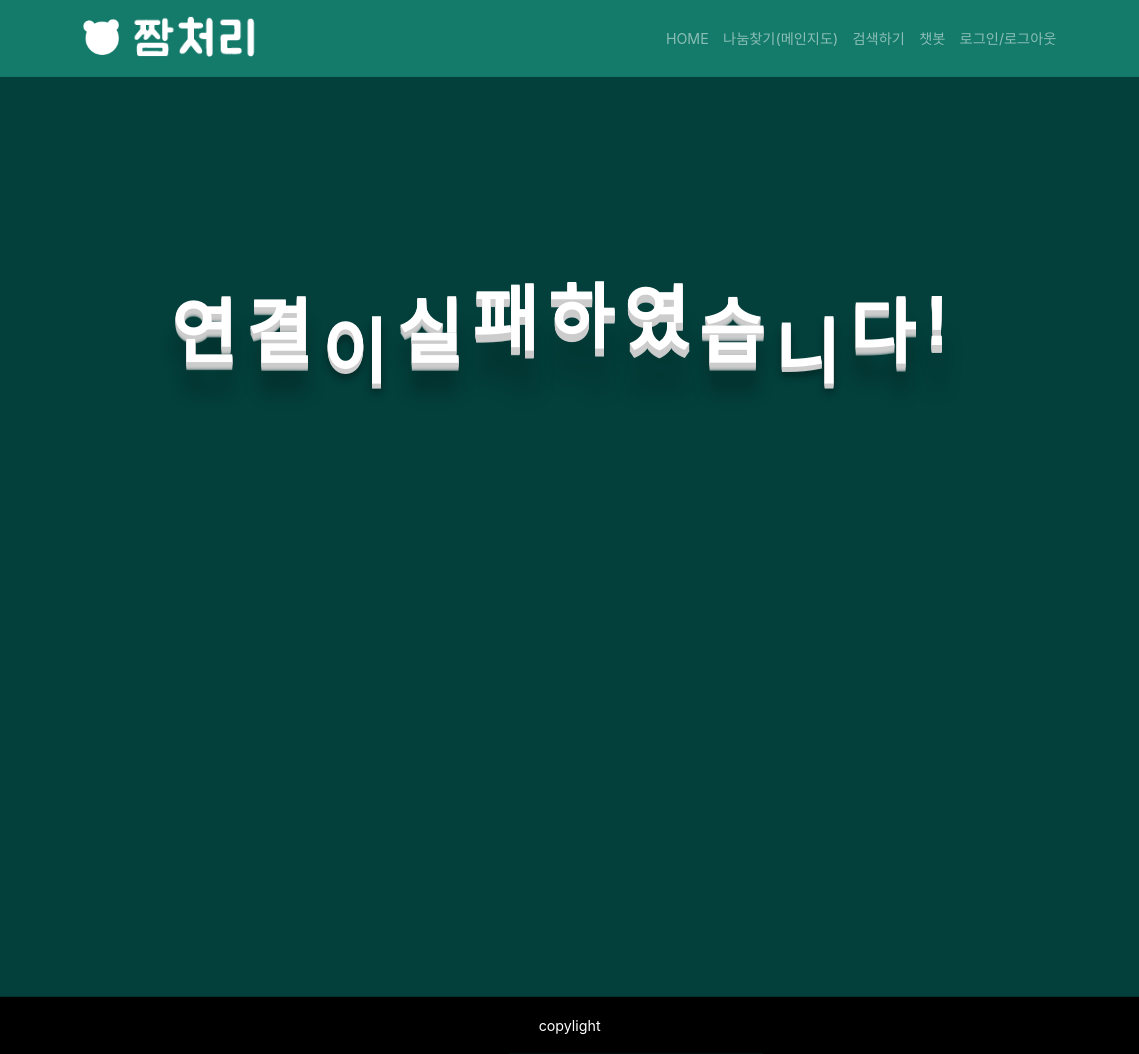
Repository: navang/JJAM_project
Page: http://localhost/jjam/jjam_7_result_fail.jsp
The author's editor kept a copy of each file at every save. The page is drawn from the files as they stood at one save, then again after the next save.
The browser window is 1280 px wide. The pictures show the whole page, at 89% of full size.
Some web fonts or font styles are not loaded; a fallback is used. Some web libraries are served in a nearby version. The page is served by Tomcat 9. Nobody is signed in. The application's start-up code is not run.

Above is the page before, as saved 2019-07-18 02:50:56.

After the next save:
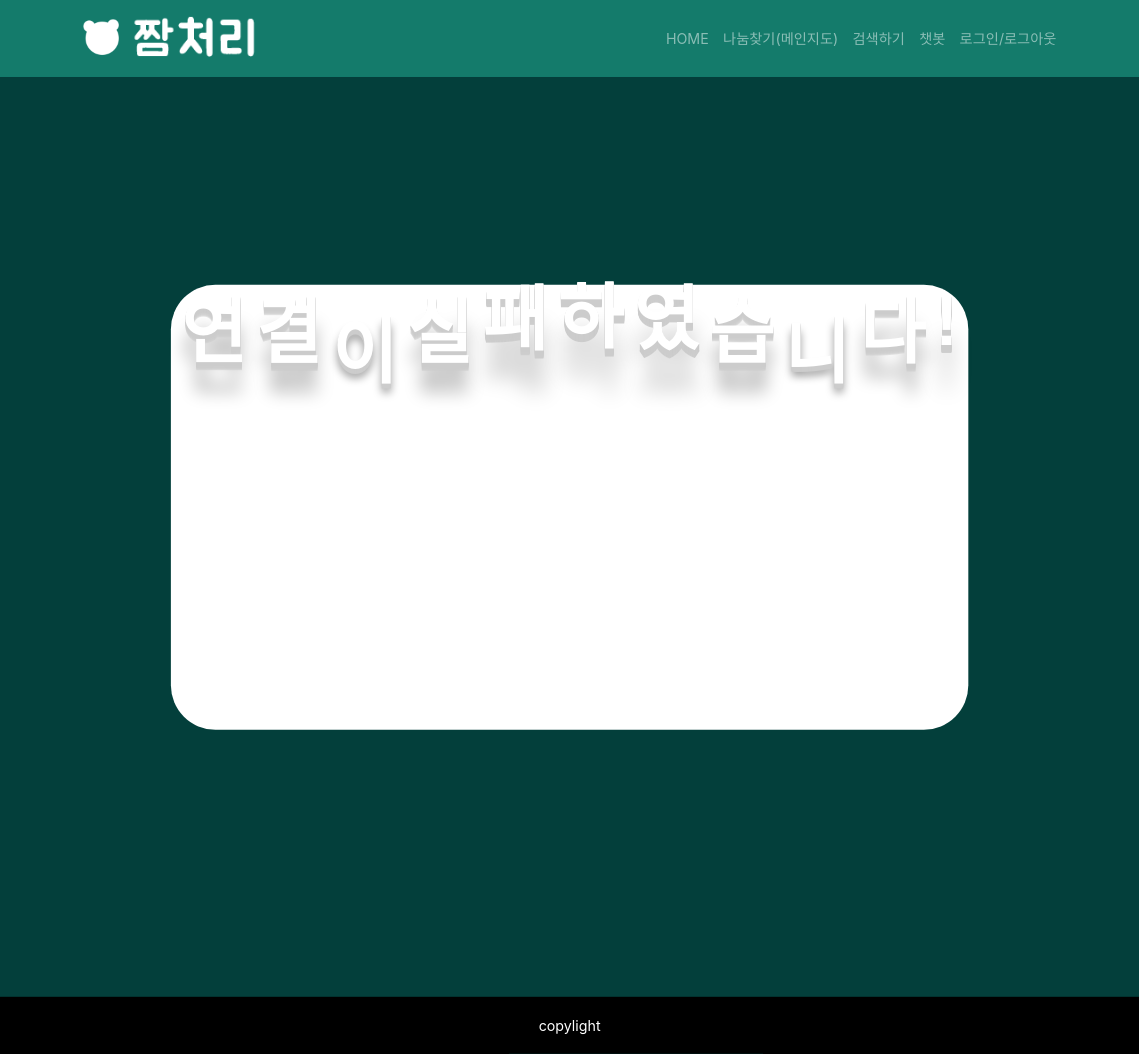
Saved 77 s later.
--- a/jjam/src/main/webapp/resources/style/main.css
+++ b/jjam/src/main/webapp/resources/style/main.css
@@ -63,7 +63,11 @@ body{
     text-align: center;
     color: #fff;
 }
-
+.white{
+	  background: white;
+	  border-radius: 50px;
+	  text-align:center;
+}
 .red {
     background: #fcc;
     border: #eaa solid 4px;

After the save that followed:
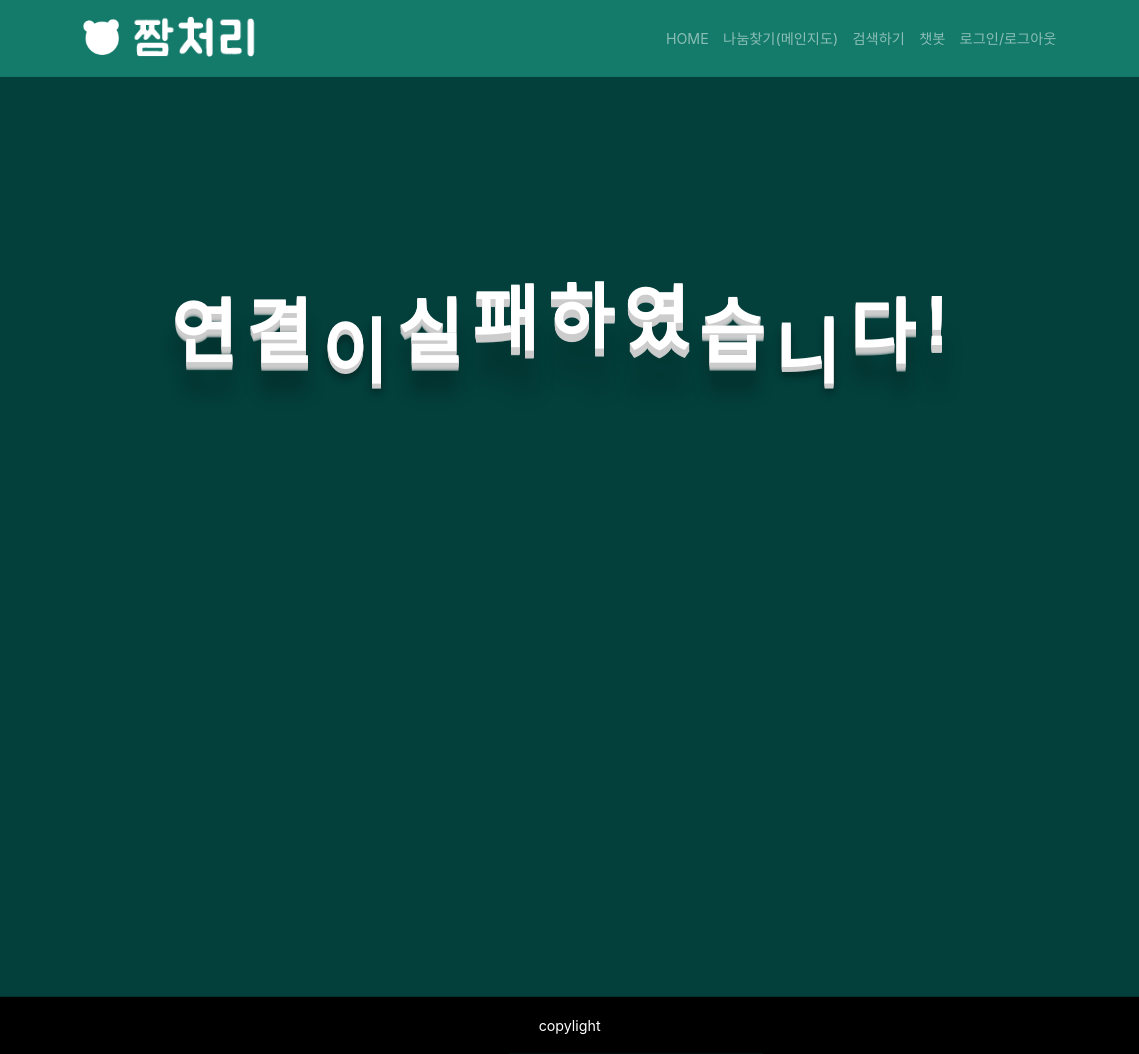
Saved 72 s later.
--- a/jjam/src/main/webapp/jjam_7_result_fail.jsp
+++ b/jjam/src/main/webapp/jjam_7_result_fail.jsp
@@ -73,7 +73,7 @@
      <div class=""></div>
      <div class=""></div>
      <div class=""></div>
-     <div class="white">
+     <div class="color-connection_fail">
 
      <h1>
   <span>연</span>
